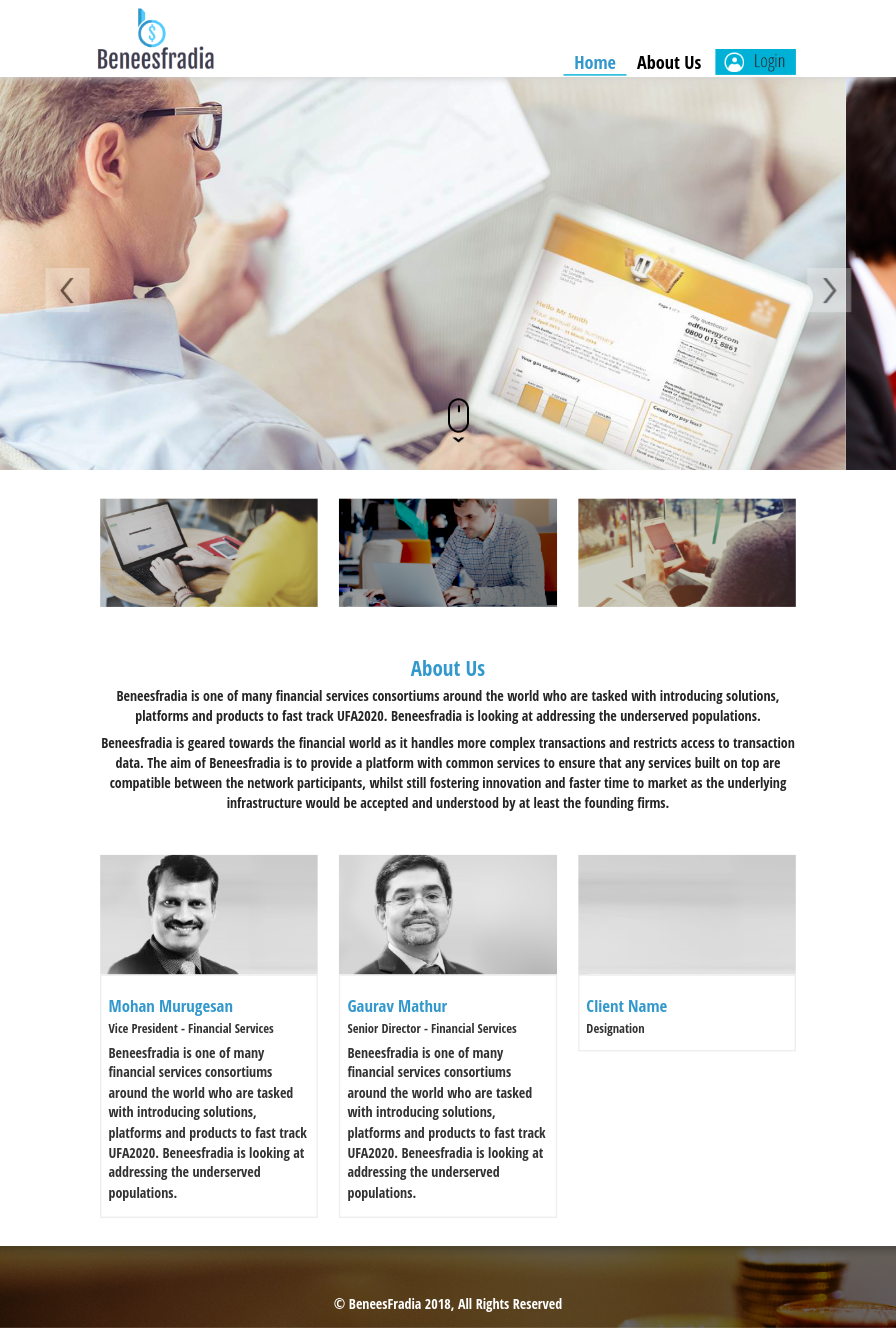
Repository: intkhabahmed/AcceleratedBootcampWebsites
Page: http://localhost/BeneesFradia/UI/index.jsp
These files come from the project's save history. The page is drawn as it stood at one moment and after the next save; the edit follows.
The browser window is 1280 px wide. The pictures show the whole page, at 70% of full size.
Some web fonts or font styles are not loaded; a fallback is used. The page is served by Tomcat 9. Nobody is signed in. The application's start-up code is not run.

Above is the page before, as saved 2018-02-13 10:48:15.

After the next save:
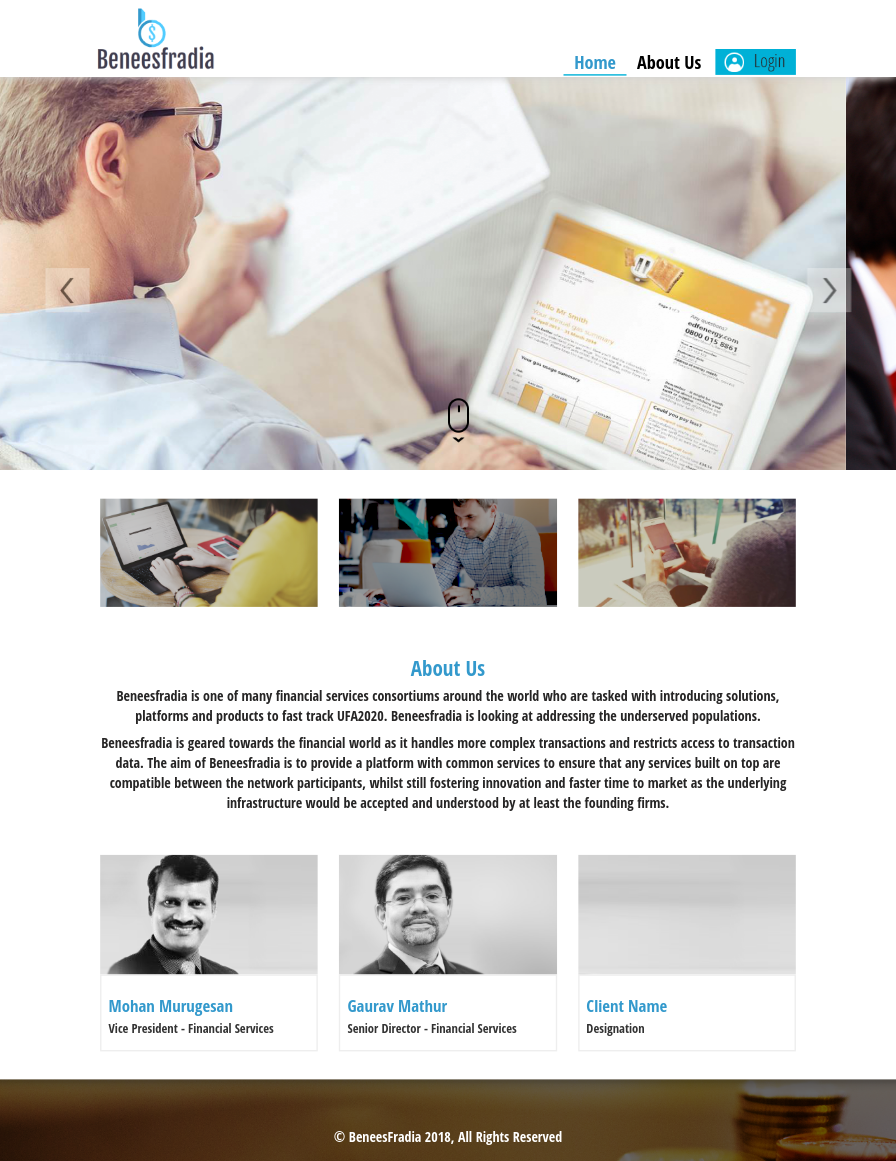
Saved 10 s later.
--- a/BeneesFradia/WebContent/UI/index.jsp
+++ b/BeneesFradia/WebContent/UI/index.jsp
@@ -102,10 +102,10 @@
 				<div class="client_desc">
 					<h3>Mohan Murugesan</h3>
 					<h4>Vice President - Financial Services</h4>
-					<p>Beneesfradia is one of many financial services consortiums
+					<!-- <p>Beneesfradia is one of many financial services consortiums
 						around the world who are tasked with introducing solutions,
 						platforms and products to fast track UFA2020. Beneesfradia is
-						looking at addressing the underserved populations.</p>
+						looking at addressing the underserved populations.</p> -->
 				</div>
 			</div>
 			<div class="col-sm-4">
@@ -116,10 +116,10 @@
 				<div class="client_desc">
 					<h3>Gaurav Mathur</h3>
 					<h4>Senior Director - Financial Services</h4>
-					<p>Beneesfradia is one of many financial services consortiums
+					<!-- <p>Beneesfradia is one of many financial services consortiums
 						around the world who are tasked with introducing solutions,
 						platforms and products to fast track UFA2020. Beneesfradia is
-						looking at addressing the underserved populations.</p>
+						looking at addressing the underserved populations.</p> -->
 				</div>
 			</div>
 			<div class="col-sm-4">
